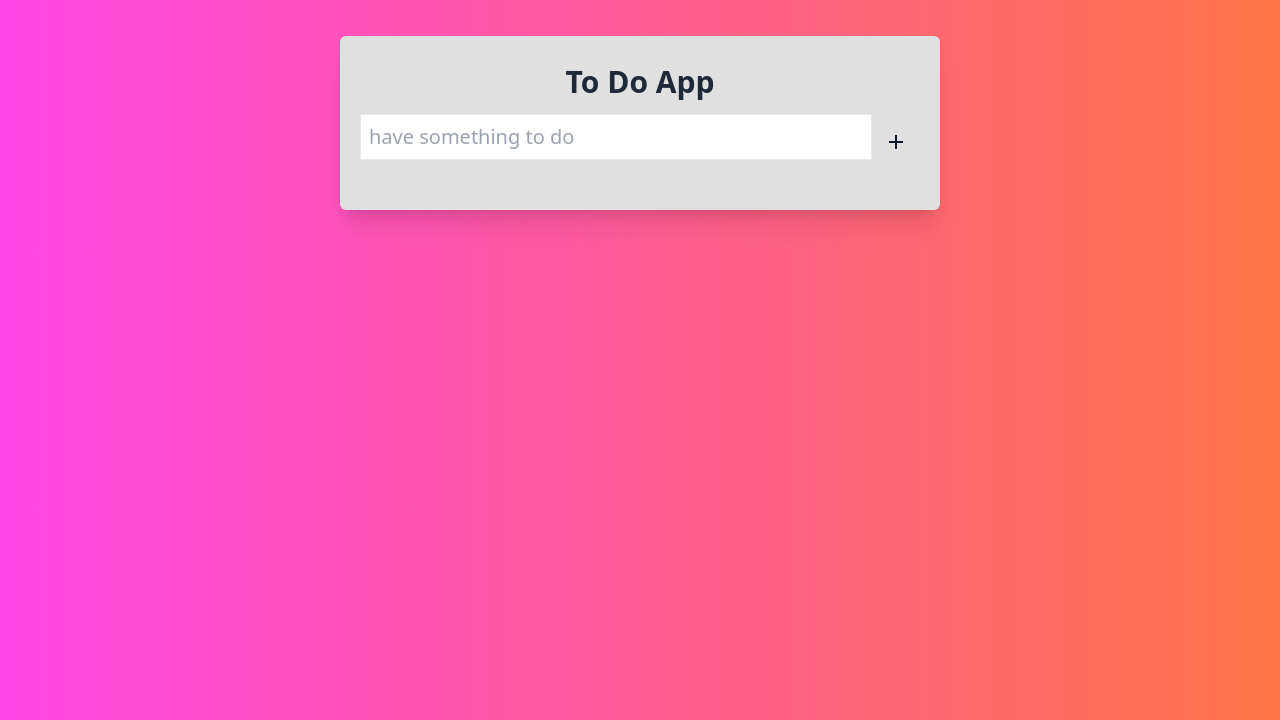
Repository: Nurlan-Bakenbaev/todoapp
Page: /
An editor plug-in stored every save of this project. The page is shown before and after a run of saves, followed by the edit.
The browser window is 1280 px wide. The pictures show the whole page.
The page's requests for data from a server got no answer. The project was rebuilt for these pictures with package versions that can differ from the ones it lists, and the page was loaded fresh each time. No one was signed in, and anything a server would have sent is missing. Also part of the build but not shown: vite.config.js, src/Todo.jsx.

Above is the page before, as saved 2023-08-27 23:23:54.

### index.html
<!doctype html>
<html lang="en">
  <head>
    <meta charset="UTF-8" />
    <link rel="icon" type="image/svg+xml" href="/vite.svg" />
    <meta name="viewport" content="width=device-width, initial-scale=1.0" />
    <title>To do App</title>
  </head>
  <body>
    <div id="root"></div>
    <script type="module" src="/src/main.jsx"></script>
  </body>
</html>

### src/App.jsx
import AddIcon from "@mui/icons-material/Add";
import { useEffect, useState } from "react";
import Todo from "./Todo";
import { db } from "./firebase";
import {
  query,
  collection,
  onSnapshot,
  updateDoc,
  doc,
  addDoc,
  deleteDoc,
} from "firebase/firestore";
function App() {
  const [todos, setToDos] = useState([]);
  const [input, setInput] = useState("");
  const [isAlert, setIsAlert] = useState(false);
  console.log(input);

  //create todo

  const createTodos = async (e) => {
    e.preventDefault(e);
    if (input === "") {
      setIsAlert(true);
    }
    await addDoc(collection(db, "todos"), {
      text: input,
      completed: false,
    });
    setInput("");
  };

  //read todo
  useEffect(() => {
    const q = query(collection(db, "todos"));
    const unsubscribe = onSnapshot(q, (querySnapshot) => {
      // Changed parameter name to querySnapshot
      let todosArr = []; // Changed variable name to todosArr
      querySnapshot.forEach((doc) => {
        // Changed querySnapshotforEach to querySnapshot.forEach
        todosArr.push({ ...doc.data(), id: doc.id });
      });
      setToDos(todosArr);
    });
    return () => unsubscribe(); // Added parentheses to call unsubscribe function
  }, []);

  //update todo
  const toggleComplete = async (todo) => {
    await updateDoc(doc(db, "todos", todo.id), {
      completed: !todo.completed,
    });
  };

  //delete todo
  const deleteTodo = async (id) => {
    await deleteDoc(doc(db, "todos", id));
  };

  //styling
  const style = {
    bg: `min-h-[100vh] p-4 bg-gradient-to-r from-[#ff45e6] to-[#ff7445]`,
    container: `bg-[#e0e0e0] max-w-[600px] w-full m-auto rounded-md shadow-xl p-5 mt-5`,
    heading: `text-3xl font-bold text-center text-gray-800 p-2`,
    form: `flex justify-between items-center`,
    input: `border p-2 w-full text-xl outline-none`,
    button: `p-3 mt-2  text-slate-900`,
    count: "text-center p-3",
    ul: "flex flex-col gap-2 ",
    alert: "w-[35%] p-3 text-[red] text-xl flex items-center ",
  };
  return (
    <div className={style.bg}>
      <div className={style.container}>
        <div className={style.heading}>To Do App </div>
        <form onSubmit={createTodos} className={style.form}>
          <input
            onChange={(e) => {
              setInput(e.target.value);
              setIsAlert(false);
            }}
            value={input}
            className={style.input}
            type="text"
            placeholder="have something to do"
          />
          <button onClick={() => createTodos} className={style.button}>
            <AddIcon />
          </button>
        </form>
        <div className={style.alert}>
          <p className={isAlert ? "animate-bounce" : "hidden"}>
            Enter a valid todo
          </p>
        </div>
        <ul className={style.ul}>
          {todos.map((todo, index) => (
            <Todo
              deleteTodo={deleteTodo}
              key={index}
              todo={todo}
              toggleComplete={toggleComplete}
            />
          ))}
        </ul>

        <div className={todos.length<1 ? 'hidden' : ''}>
          <p className={style.count}>
            You have -{todos.length > 1 ? todos.length + " todos " : " todo"}
          </p>
        </div>
      </div>
    </div>
  );
}

export default App;

### src/firebase.js
// Import the functions you need from the SDKs you need
import { initializeApp } from "firebase/app";
import { getFirestore } from "firebase/firestore";

// TODO: Add SDKs for Firebase products that you want to use
// https://firebase.google.com/docs/web/setup#available-libraries

// Your web app's Firebase configuration
const firebaseConfig = {
  apiKey: "AIzaSyCUE2Nuw2nAi5AdTNtDxa7wwcdkyvd6OPQ",
  authDomain: "todoapp-78b9b.firebaseapp.com",
  projectId: "todoapp-78b9b",
  storageBucket: "todoapp-78b9b.appspot.com",
  messagingSenderId: "711394024015",
  appId: "1:711394024015:web:e17e2ef6b17d53db6b683a"
};

// Initialize Firebase
const app = initializeApp(firebaseConfig);
export const db = getFirestore(app)

Loaded but not shown: src/main.jsx (common file); src/index.css (common file); tailwind.config.js (common file)

After the next 3 saves:
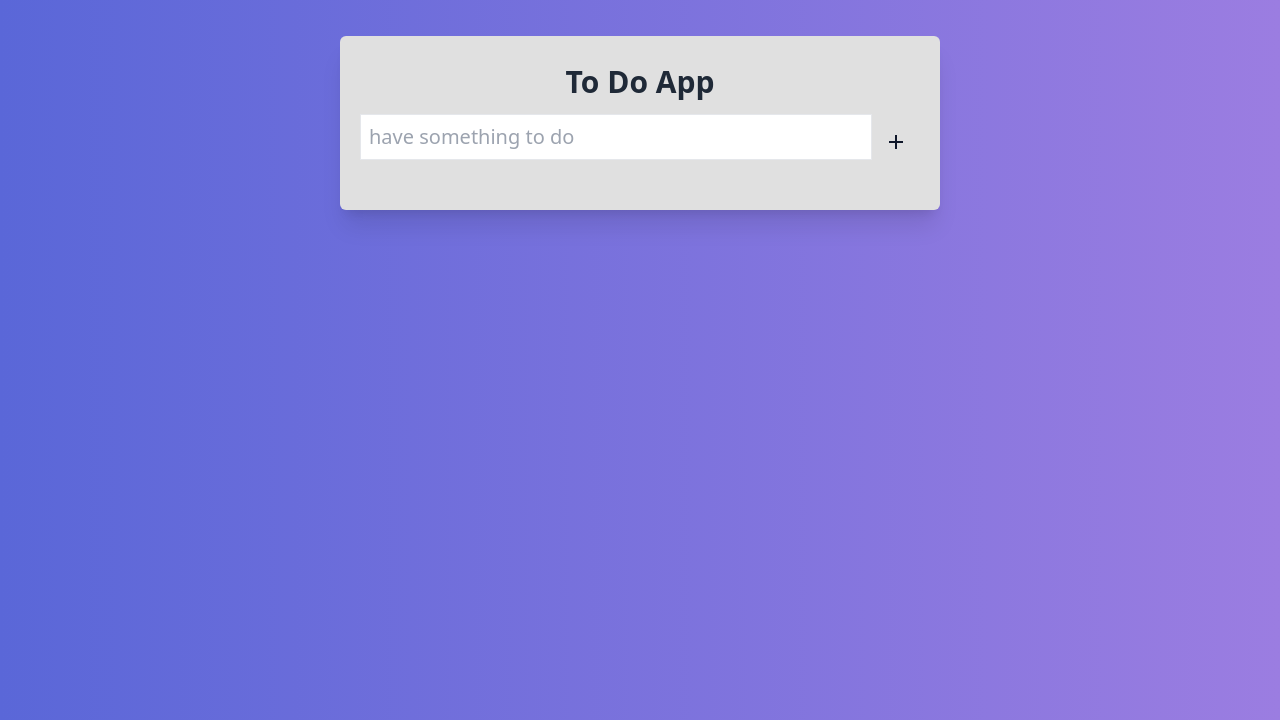
The 3 saves are shown as one change because they came seconds apart.
The last was saved 4 min 1 s later.
--- a/src/App.jsx
+++ b/src/App.jsx
@@ -60,7 +60,7 @@ function App() {
 
   //styling
   const style = {
-    bg: `min-h-[100vh] p-4 bg-gradient-to-r from-[#ff45e6] to-[#ff7445]`,
+    bg: `min-h-[100vh] p-4 bg-gradient-to-r from-[#5A67D8] to-[#9B7DE1]`,
     container: `bg-[#e0e0e0] max-w-[600px] w-full m-auto rounded-md shadow-xl p-5 mt-5`,
     heading: `text-3xl font-bold text-center text-gray-800 p-2`,
     form: `flex justify-between items-center`,
